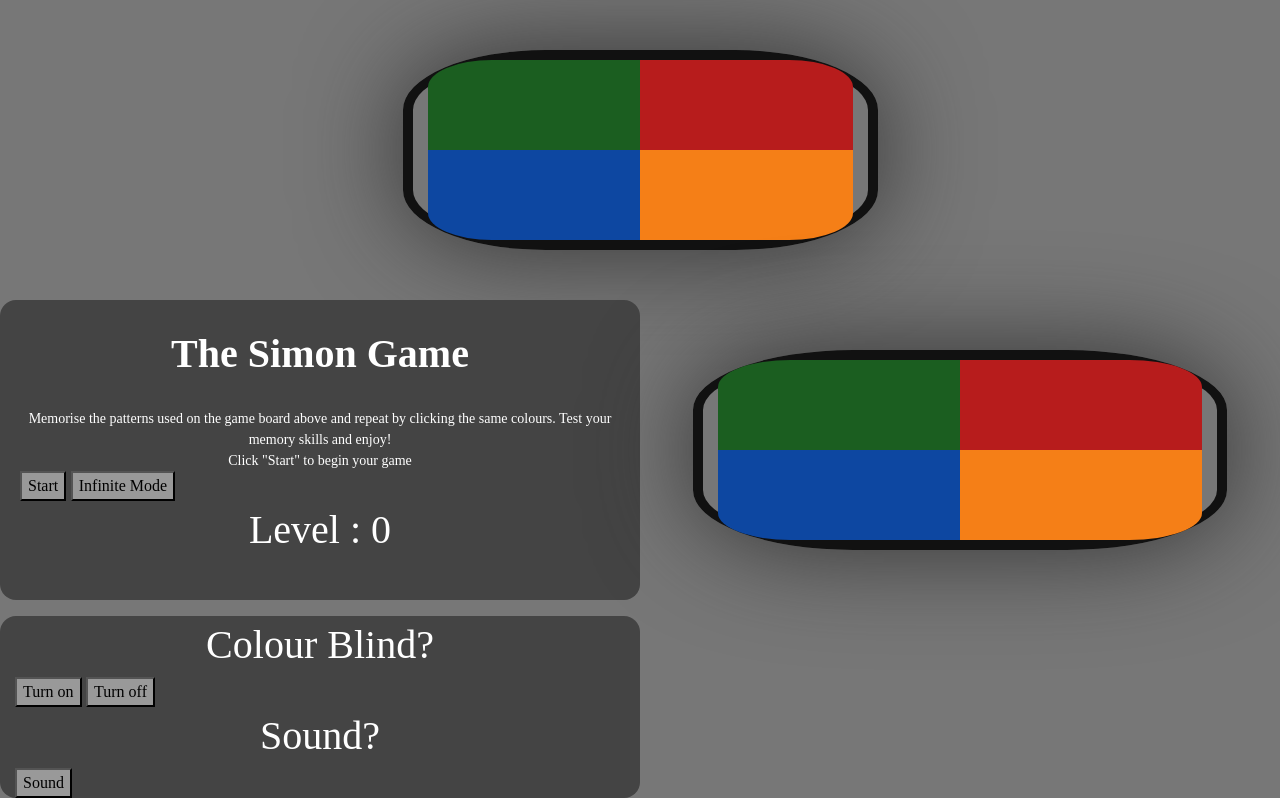
Repository: Didgerydont/interative_front_end_design_project
Page: indexTest.html
The author's editor kept a record of every edit. The page is drawn from the files as they stood at one moment, then again after the next edit.
The browser window is 1280 px wide. The pictures show the whole page.
Some web fonts or font styles are not loaded; a fallback is used. Some web libraries are served in a nearby version.

Above is the page before.

### indexTest.html
<!DOCTYPE html>
<html lang="en">

<head>
    <meta charset="UTF-8">
    <meta name="viewport" content="width=device-width, initial-scale=1.0">
    <meta http-equiv="X-UA-Compatible" content="ie=edge">
    <link rel="stylesheet" href="https://stackpath.bootstrapcdn.com/bootstrap/4.3.1/css/bootstrap.min.css" type="text/css" />
    <link rel="stylesheet" href="https://maxcdn.bootstrapcdn.com/font-awesome/4.7.0/css/font-awesome.min.css" type="text/css" />
    <link rel="stylesheet" href="https://cdnjs.cloudflare.com/ajax/libs/hover.css/2.1.1/css/hover-min.css" type="text/css" />
    <link href="https://fonts.googleapis.com/css?family=Barriecito&display=swap" rel="stylesheet">
    <link rel="stylesheet" href="css/style.css">


    <title>Simon Game</title>

    <audio id="clip1" src="https://s3.amazonaws.com/freecodecamp/simonSound1.mp3"></audio>
    <audio id="clip2" src="https://s3.amazonaws.com/freecodecamp/simonSound2.mp3"></audio>
    <audio id="clip3" src="https://s3.amazonaws.com/freecodecamp/simonSound3.mp3"></audio>
    <audio id="clip4" src="https://s3.amazonaws.com/freecodecamp/simonSound4.mp3"></audio>
</head>

<body>
    <div class="container">
        <div class="row">
            <div class="col-sm-5 offset-1" id="gameContainer">
                <div class="option one" id="1"></div>
                <div class="option two" id="2"></div>
                <div class="option three" id="3"></div>
                <div class="option four" id="4"></div>
            </div>
        </div>
    </div>
    <div class="container-fluid">
        <div class="row">
            <div class="col-md-6" id="infoBox">
                <h1 class="header" id="title">The Simon Game</h1>
                <p class="opening-paragraph">Memorise the patterns used on the game board above and repeat by clicking the same colours. Test your memory skills and enjoy!<br>Click "Start" to begin your game</p>
                <button class="startButton">Start</button>
                <button class="infiniteButton">Infinite Mode</button>
                <h2 id="level">Level : 0</h2>
            </div>
            <div class="col-sm-5 offset-1" id="gameContainer">
                <div class="option one" id="1"></div>
                <div class="option two" id="2"></div>
                <div class="option three" id="3"></div>
                <div class="option four" id="4"></div>
            </div>
            <div class="col-md-6 cBlindBox">
                <h2>Colour Blind?</h2>
                <button id="accessibilityOn">Turn on</button>
                <!-- #332288, #44AA99, #AA3F99, #DDCC77 --- wong method -->
                <button id="accessibilityOff">Turn off</button>
                <h2>Sound?</h2>
                <button id="mute-audio">Sound</button>
            </div>
        </div>
    </div>


</body>
<script src="https://code.jquery.com/jquery-3.4.1.min.js" integrity="sha256-CSXorXvZcTkaix6Yvo6HppcZGetbYMGWSFlBw8HfCJo=" crossorigin="anonymous"></script>
<script type="text/javascript" src="scripts/script.js"></script>

</html>

### css/style.css
body{
 background-color: #777;
}

h1 {
 color: white;
 font-size: 40px;
 font-weight: bold;
 text-align: center;
 padding-top: 10px;
 margin-bottom: 30px;
 font-family: 'Barriecito', cursive;
}

p {
 color: white;
 font-size: 14px;
 margin-top: 0px;
 margin-bottom: 0px;
 text-align: center;
 position: relative;
 font-family: 'Barriecito', cursive;
}

h2 {
 margin-top: 5px;
 color: white;
 text-align: center;
 font-size: 40px;
 font-family: 'Barriecito', cursive;
}

button {
 background-color: #999;
 font-family: 'Barriecito', cursive;
}

.container {
 text-align: center;
}

#gameContainer {
 display: flex;
 flex-wrap: wrap;
 height: 200px;
 width: 180px;
 border-radius: 30%;
 border: 10px solid #111;
 margin: 50px auto;
 position: relative;
 box-shadow: 0px 0px 100px #333;
}

#infoBox {
 padding: 20px 20px 20px 20px;
 background-color: #444;
 border-radius: 16px;
}

.startButton{
 cursor: pointer;
}

.option {
 width: 50%;
 height: 50%;
 float: left;
 margin: auto;
 cursor: pointer;
}

/* Colours */

.one {
 background-color: #1B5E20;
 border-radius: 30% 0 0 0;
}

.two {
 background-color: #B71C1C;
 border-radius: 0 30% 0 0;
}

.three {
  background-color: #0D47A1;
  border-radius: 0 0 0 30%;
}

.four {
  background-color: #F57F17;
  border-radius: 0 0 30% 0;
}

.colourBlind1 {
  background-color: #332288;
  border-radius: 30% 0 0 0;
}

.colourBlind2 {
  background-color: #44AA99;
  border-radius: 0 30% 0 0;
}

.colourBlind3 {
  background-color: #AA3F99;
  border-radius: 0 0 0 30%;
}

.colourBlind4 {
  background-color: #DDCC77;
  border-radius: 0 0 30% 0;
}


.cBlindBox{
 background-color: #444;
 border-radius: 16px;
 margin-top: 16px;
}

### scripts/script.js
$(document).ready(function() {

    $("#accessibilityOn").click(function() {
        $('#1').fadeOut(300).removeClass('one').addClass('colourBlind1').fadeIn(300);
        $('#2').fadeOut(300).removeClass('two').addClass('colourBlind2').fadeIn(300);
        $('#3').fadeOut(300).removeClass('three').addClass('colourBlind3').fadeIn(300);
        $('#4').fadeOut(300).removeClass("four").addClass('colourBlind4').fadeIn(300);
    });

    $("#accessibilityOff").on('click', function() {
        $('#1').fadeOut(300).removeClass('colourBlind1').addClass('one').fadeIn(300);
        $('#2').fadeOut(300).removeClass('colourBlind2').addClass('two').fadeIn(300);
        $('#3').fadeOut(300).removeClass('colourBlind3').addClass('three').fadeIn(300);
        $('#4').fadeOut(300).removeClass('colourblind4').addClass('four').fadeIn(300);
    });

    $(".infiniteButton").on('click', function(){
        finish = false;
        $(".infiniteButton").css('background-color', 'red');
    });
    $(".infiniteButton").off('click', function(){
        finish = true;
        $(".infiniteButton").css('background-color', 'grey');
    });

    var newPattern = [];
    var spentPattern = [];
    var level = 0;
    var gameChecker = false;
    var finish = true; // add a function for finish = false for infinite game mode
    var maxLevel = level + 3;


    //random number generator
    function randomNumber(min, max) {
        return Math.round(Math.random() * (max - min)) + min;
    }

    //pValue is a random number between one and four
    function addPattern() {
        var pValue = randomNumber(1, 4);

        // push a new number to newPattern array
        newPattern.push(pValue);
    }

    function playPattern() {
        // takes newPattern array
        for (var i = 0; i < newPattern.length; i++) {
            var delayTime = i * 800;

            setTimeout(flashSquare, delayTime);
        }
    }

    function flashSquare() {
        var item = newPattern.pop();
        var itemSound = document.getElementById('clip' + item);
        itemSound.play();
        gameChecker = true;



        // pops and removes first item of array and animates the square eg. #2, #3 etc.
        $('#' + item).animate({
            opacity: 0.2
        }, 200).animate({
            opacity: 1
        }, 100);
        //animation takes 300 ms in total. The difference in opacity for different time lengths will create the "flash" effect


        spentPattern.push(item);
        // take the item  removed from newPattern and add it to spentPattern
        if (newPattern.length <= 0) {
            // add the click event once cpu is finished showing the newPattern
            createClicks();
        }
    } // end flashSquare()

    function createClicks() {
        $('.option').click(function() {
            // item = Index 0 of spentPattern
            var item = spentPattern.shift();
            // optionId = clicked square
            var optionId = $(this).attr('id');

            $(this).animate({ opacity: .2 }, 200).animate({ opacity: 1 }, 100) // animate the clicked the box
            // if the click matches the item remove it from spentPattern and add it to newPattern
            if (item == optionId) {
                //adds item back to newPattern array
                newPattern.push(item);

                if (spentPattern.length <= 0) {
                    level++;
                    $('#level').html('Level: ' + level);
                    removeClicks();
                    //user is finished clicking through the newPattern successfully
                    // add new square to newPattern
                    addPattern();
                    setTimeout(playPattern, 800);
                }

                if (finish == true && level >= 3) {
                    $('p').html('Winner alright! Winner alright!<br>You reached the maximum level. <br>Press start to play again');
                    alert("You have finished the game!!");
                    gameChecker = false;
                    removeClicks();
                    resetGame();


                }
            }
            else {
                // else game over
                gameChecker = false;
                $('h1').html('Game Over').css({
                    fontSize: 60,
                    marginBottom: 15,
                    marginTop: 15
                });
                $('p').html('Click on "Start" to Restart');
                // clear out both new and spent pattern arrays
                removeClicks();
                //resetGame();
                addPattern();
                playPattern();
                newPattern = [];
                spentPattern = [];
                $(".infiniteButton").show();
            }
        }); // end .option click
    } // end create click

    function removeClicks() {
        //removes all events from element
        $('.option').unbind();
    }

    function startGame() {
        removeClicks();
        resetGame();
        addPattern();
        playPattern();
        $('h1').html('The Simon Game').css({
            fontSize: 40
        });
        $('p').html('Memorise the patterns used on the game board above and repeat by clicking the same colours. Test your skills and enjoy!');
        $('#level').html('Level: 0');
        if(finish == true){
            $(".infiniteButton").hide();
        }
    }

    function resetGame() {
        level = 0;
        newPattern = [];
        spentPattern = [];

    }


    $('.startButton').click(function() {
        if (gameChecker === false) {
            startGame();
        }
    });


    //Sound starts as muted but can be turned on via the sound button.
    $("audio").prop('muted', true);
    $("#mute-audio").click(function() {
        if ($("audio").prop('muted')) {
            $("audio").prop('muted', false);
        }
        else {
            $("audio").prop('muted', true);
        }
    });

});

After the next edit:
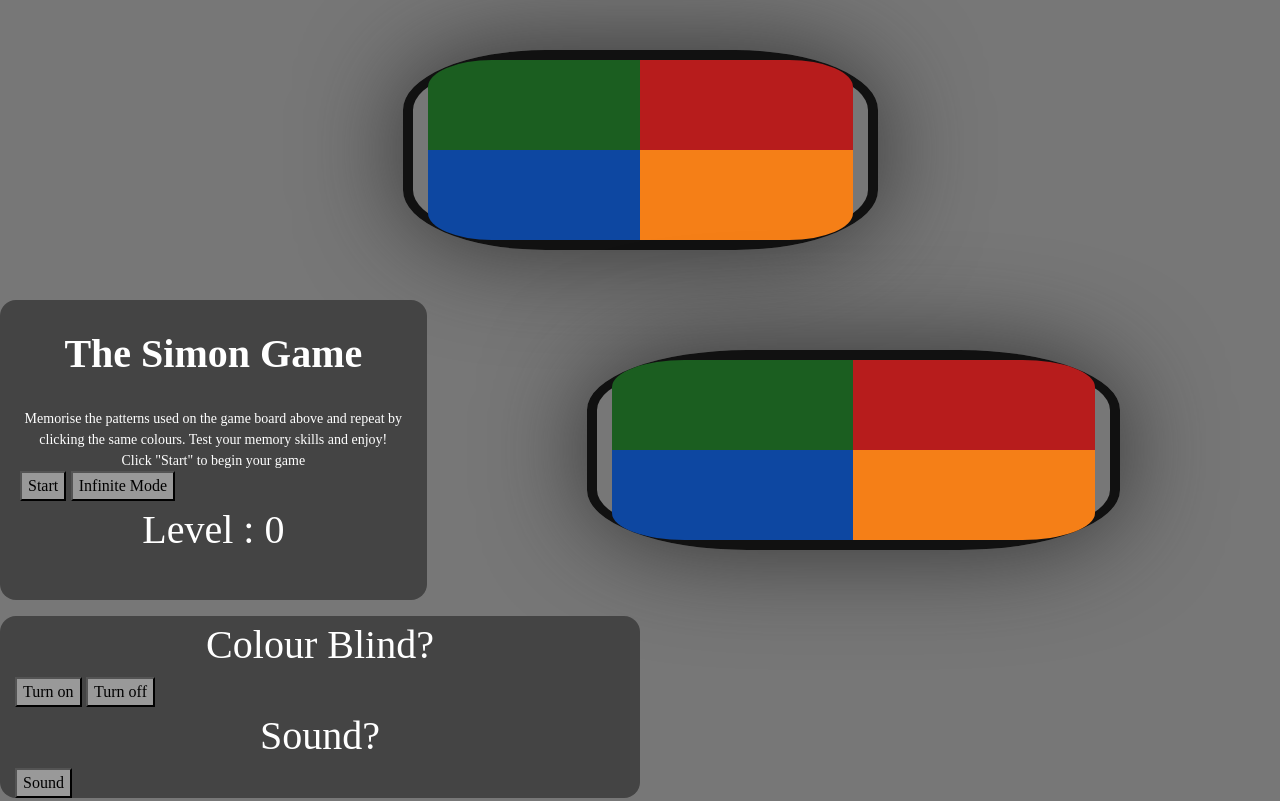
The edit:
--- a/indexTest.html
+++ b/indexTest.html
@@ -33,7 +33,7 @@
     </div>
     <div class="container-fluid">
         <div class="row">
-            <div class="col-md-6" id="infoBox">
+            <div class="col-md-4" id="infoBox">
                 <h1 class="header" id="title">The Simon Game</h1>
                 <p class="opening-paragraph">Memorise the patterns used on the game board above and repeat by clicking the same colours. Test your memory skills and enjoy!<br>Click "Start" to begin your game</p>
                 <button class="startButton">Start</button>
